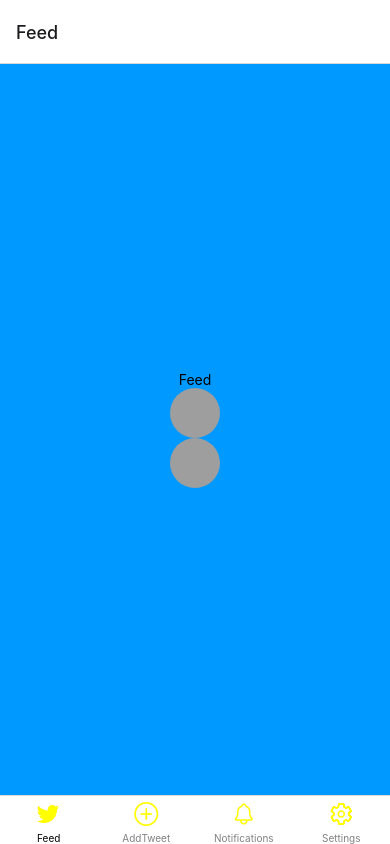
Repository: Deyvid-Kasteh/ReactNativeNavigationTraining
Screen: /
An editor plug-in stored every save of this project. The screen is shown before and after a run of saves, followed by the edit.
Pictures or frames that could not be fetched are drawn as grey boxes. The app was drawn by React Native's web renderer in a window 390 px wide. The project was rebuilt for these pictures with package versions that can differ from the ones it lists, and the page was loaded fresh each time. Also part of the build but not shown: screens/BottomTab/Notifications.js, screens/BottomTab/AddTweet.js, screens/BottomTab/Settings.js.

Above is the screen before, as saved 2023-08-03 16:56:13.

After the next 2 saves:
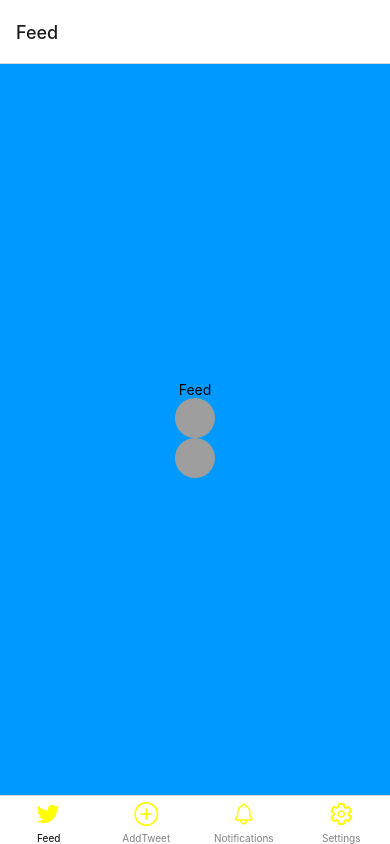
The 2 saves are shown as one change because they came seconds apart.
The last was saved 9 s later.
--- a/screens/BottomTab/Feed.js
+++ b/screens/BottomTab/Feed.js
@@ -49,8 +49,8 @@ const styles = StyleSheet.create({
     alignItems: "center",
   },
   profileImage: {
-    width: 50,
-    height: 50,
+    width: 40,
+    height: 40,
     borderRadius: 100
   },
   // style={{width: '100%', height: '50%'}}
